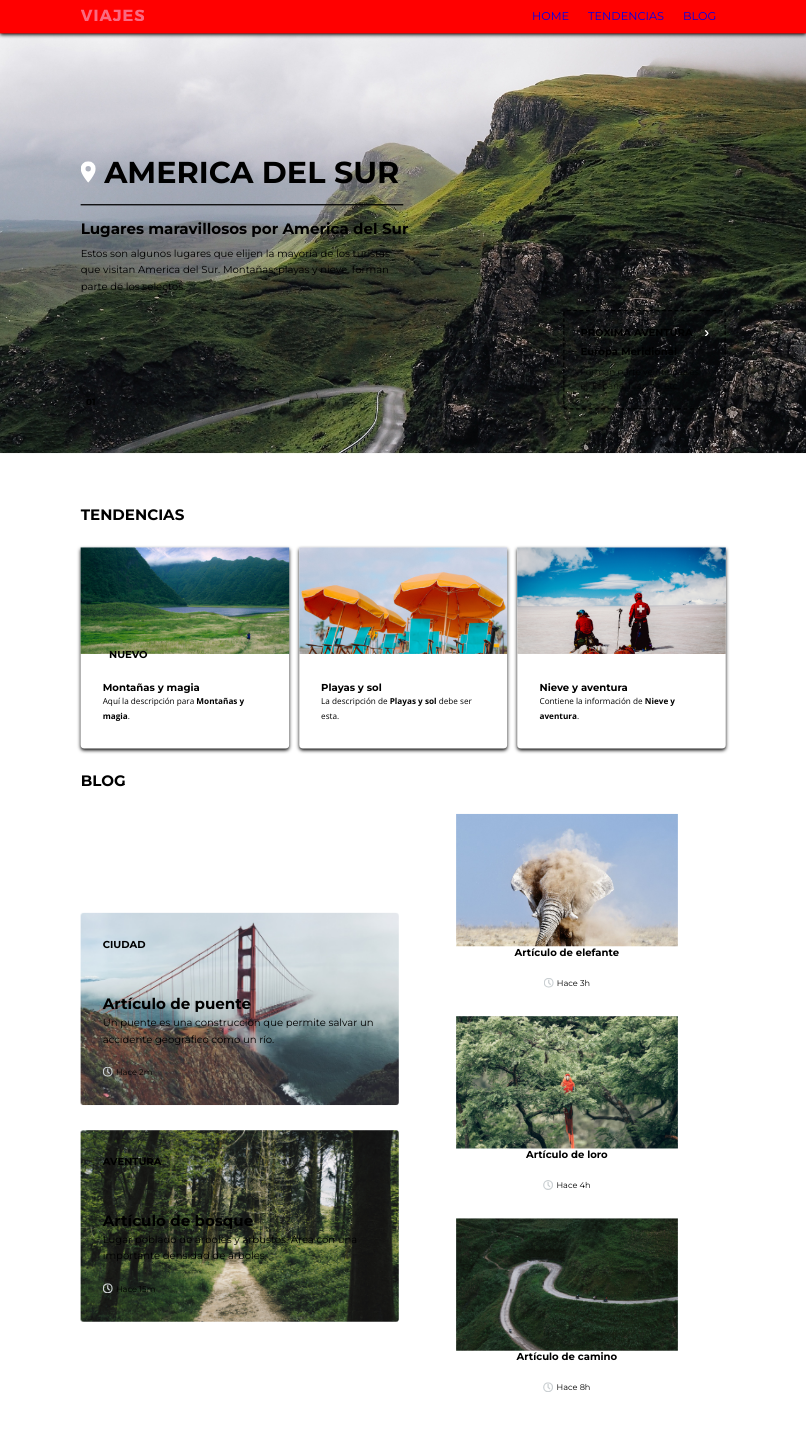
Repository: agustin-mesa/viajes
Page: /
An editor plug-in stored every save of this project. The page is shown before and after the next save, followed by the edit.
The browser window is 1280 px wide. The pictures show the whole page, at 63% of full size.
The project was rebuilt for these pictures with package versions that can differ from the ones it lists, and the page was loaded fresh each time. Also part of the build but not shown: src/components/styles/colors.module.scss.

Above is the page before, as saved 2021-11-12 00:58:28.

### public/index.html
<!DOCTYPE html>
<html lang="es">
  <head>
    <meta name="author" content="Mauro Agustín Mesa" />
    <meta charset="utf-8" />
    <meta name="viewport" content="width=device-width, initial-scale=1" />
    <meta name="theme-color" content="#000000" />
    <meta
      name="description"
      content="Web site created using create-react-app"
    />
    <title>React App</title>
  </head>
  <body>
    <noscript>You need to enable JavaScript to run this app.</noscript>
    <div id="root"></div>
  </body>
</html>

### src/index.js
import React from "react";
import ReactDOM from "react-dom";
import App from "./App";
import "./index.css";

const Index = () => {
  return <App />;
};

ReactDOM.render(<Index />, document.getElementById("root"));

### src/App.js
import React from "react";
import Header from "./components/Header";
import Home from "./pages/Home";
import Tendencias from "./pages/Tendencias";
import Blog from "./pages/Blog";

const App = () => {
  return (
    <>
      <Header />
      <Home />
      <Tendencias />
      <Blog />
    </>
  );
};

export default App;

### src/index.css
@import url("https://fonts.googleapis.com/css2?family=Montserrat:wght@100;200;300;400;500;600;700&display=swap");
@import url("https://fonts.googleapis.com/css2?family=Montserrat:wght@100;200;300;400;500;600;700&family=Open+Sans:wght@400;500;600;700&display=swap");

* {
  margin: 0;
  padding: 0;
  list-style: none;
  text-decoration: none;
  border: none;
  outline: none;
  scroll-behavior: smooth;
}

body {
  margin: 0;
  -webkit-font-smoothing: antialiased;
  -moz-osx-font-smoothing: grayscale;
  font-family: "Montserrat", "Open Sans", sans-serif;
}

code {
  font-family: source-code-pro, Menlo, Monaco, Consolas, "Courier New",
    monospace;
}

### src/components/Header.js
import React from "react";
import styled from "styled-components";

// Colors
import * as colors from "./styles/colors.module.scss";

// LOGO
import logo from "../Assets/logo/logo_01.svg";

const Header = () => {
  return (
    <ContainerHeader>
      <nav>
        <div className="header__logo">
          <a href="#home">
            <img src={logo} alt="Viajes" />
          </a>
        </div>
        <ul>
          <li>
            <a href="#home">HOME</a>
          </li>
          <li>
            <a href="#tendencias">TENDENCIAS</a>
          </li>
          <li>
            <a href="#blog">BLOG</a>
          </li>
        </ul>
      </nav>
    </ContainerHeader>
  );
};

const ContainerHeader = styled.header`
  position: fixed;
  top: 0;
  left: 0;
  right: 0;
  z-index: 999;
  background: red;
  background: ${colors.white};
  box-shadow: 0px 3px 6px ${colors.blackOpac};
  nav {
    display: flex;
    flex-direction: row;
    justify-content: space-between;
    align-items: center;
    padding: 15px 10%;
    ul {
      display: flex;
      flex-direction: row;
      justify-content: flex-end;
      align-items: center;
      width: 100%;
      li a {
        padding: 15px 15px;
        font: normal normal normal 18px/13px Montserrat;
        color: ${colors.blueRelax};
        transition: all 0.2s ease;
      }
      li a:hover {
        color: ${colors.darkblue};
      }
    }
  }
`;

export default Header;

### src/pages/Home.js
import React from "react";
import styled from "styled-components";

import * as colors from "../components/styles/colors.module.scss";

// IMG
import viajesHero from "../Assets/img/Viajes_Hero.jpg";
import icPin from "../Assets/iconos/ic_pin.svg";
import icArrow from "../Assets/iconos/arrow.svg";

// Importo etiquetas default con estilos propios
import { Parrafo, Span, H3, H5 } from "../components/styles/stylesDefault";

const Home = () => {
  return (
    <ContainerHome id="home">
      <HeroWrapper>
        <div className="hero__title">
          <h1>
            <img src={icPin} alt="Pin" /> AMERICA DEL SUR
          </h1>
          <hr />
          <H3 color="white">Lugares maravillosos por America del Sur</H3>
          <Parrafo>
            Estos son algunos lugares que elijen la mayoría de los turistas que
            visitan America del Sur. Montañas, playas y nieve, forman parte de
            los selectos.
          </Parrafo>
        </div>
        <div className="hero__info">
          <H5>
            PRÓXIMA AVENTURA <img src={icArrow} alt="Arrow" />
          </H5>
          <Span color="white">Europa Meridional</Span>
          <p>
            Forman parte veinte países. <br />
            ej. España, Francia, etc.
          </p>
        </div>
      </HeroWrapper>
      <div className="slider">
        <span>01</span>
      </div>
    </ContainerHome>
  );
};

const ContainerHome = styled.div`
  width: 100%;
  height: 100vh;
  background-image: url(${viajesHero});
  background-size: cover;
  background-position: center;

  .slider {
    position: absolute;
    width: 13%;
    bottom: 60px;
    display: flex;
    align-items: center;
    justify-content: flex-end;
    z-index: 1;
    span {
      display: flex;
      align-items: center;
      justify-content: center;
      width: 45px;
      height: 45px;
      background: ${colors.white};
      border-radius: 50px;
      font: normal normal bold 14px/22px Montserrat;
    }
    span::after {
      content: "";
      position: absolute;
      width: 70px;
      height: 70px;
      background: ${colors.whiteOpac};
      border-radius: 50px;
      z-index: -2;
    }
    span::before {
      content: "";
      position: absolute;
      left: 0;
      width: 100%;
      height: 5px;
      background: ${colors.pink};
      z-index: -1;
    }
  }
`;

const HeroWrapper = styled.div`
  position: absolute;
  top: 0;
  bottom: 0;
  left: 10%;
  right: 10%;
  display: flex;
  align-items: center;
  .hero__title {
    display: flex;
    align-items: flex-start;
    justify-content: center;
    flex-direction: column;
    color: ${colors.white};

    h1 {
      font: normal normal bold 48px/42px Montserrat;
    }
    hr {
      width: 50%;
      border-bottom: 2px solid ${colors.white};
      margin: 30px 0 20px;
    }
  }

  .hero__info {
    position: absolute;
    right: 0;
    bottom: 70px;
    background: ${colors.darkblueOpac} 0% 0% no-repeat padding-box;
    border: 2px dashed ${colors.whiteOpac};
    border-radius: 6px;
    padding: 25px;

    p {
      font: normal normal 300 14px/22px Montserrat;
      color: ${colors.white};
      margin: 10px 0 0;
    }
  }
`;

export default Home;

### src/pages/Tendencias.js
import React from "react";
import styled from "styled-components";

// Colors
import * as colors from "../components/styles/colors.module.scss";

// IMG
import card01 from "../Assets/img/card_01.png";
import card02 from "../Assets/img/card_02.png";
import card03 from "../Assets/img/card_03.png";

// Importo etiquetas default con estilos propios
import { H3 } from "../components/styles/stylesDefault";

// Components
import TendenciaItem from "../components/TendenciaItem";

const Tendencias = () => {
  // Simulo una base de datos para luego imprimir cada CARD.
  // Aunque también se podría hacer manualmente usando el componente
  // TendenciaItem y usar sus props, pero la manera más eficiente es el de
  // simular una base de datos; tranquilamente se muestra cada CARD con tan solo
  // agregar un objeto más dentro del array.
  const tendencias = [
    {
      src: card01,
      isNew: true,
      titulo: "Montañas y magia",
      descripcion: (
        <>
          Aquí la descripción para <b>Montañas y magia</b>.
        </>
      ),
    },
    {
      src: card02,
      isNew: false,
      titulo: "Playas y sol",
      descripcion: (
        <>
          La descripción de <b>Playas y sol</b> debe ser esta.
        </>
      ),
    },
    {
      src: card03,
      isNew: false,
      titulo: "Nieve y aventura",
      descripcion: (
        <>
          Contiene la información de <b>Nieve y aventura</b>.
        </>
      ),
    },
  ];

  return (
    <ContainerTendencias id="tendencias">
      <div className="tendencias">
        <div className="tendencias__header">
          <H3 color="darkblue">TENDENCIAS</H3>
        </div>
        <div className="tendencias__body">
          {tendencias.map((tendencia, i) => {
            return (
              <TendenciaItem
                src={tendencia.src}
                nuevo={tendencia.isNew}
                titulo={tendencia.titulo}
                descripcion={tendencia.descripcion}
                key={i}
              />
            );
          })}
        </div>
      </div>
    </ContainerTendencias>
  );
};

const ContainerTendencias = styled.section`
  height: 90vh;
  padding: 80px 10% 0;
  background: ${colors.grey};

  .tendencias__body {
    display: flex;
    align-items: center;
    margin: 35px 0 0;

    div:last-child {
      margin: 0;
    }
  }
  .tendencias__header {
    width: 100%;
  }
`;

export default Tendencias;

### src/pages/Blog.js
import React from "react";
import styled from "styled-components";

// Colors
import * as colors from "../components/styles/colors.module.scss";

// IMG
import artBig01 from "../Assets/img/articulo_big_01.png";
import artBig02 from "../Assets/img/articulo_big_02.png";
import artSmall01 from "../Assets/img/articulo_small_01.png";
import artSmall02 from "../Assets/img/articulo_small_02.png";
import artSmall03 from "../Assets/img/articulo_small_03.png";

// Importo etiquetas default con estilos propios
import { H3 } from "../components/styles/stylesDefault";

// Components
import BigNewItem from "../components/BigNewItem";
import SmallNewItem from "../components/SmallNewItem";

const Blog = () => {
  const articulosBig = [
    {
      src: artBig01,
      tipo: "CIUDAD",
      titulo: "Artículo de puente",
      descripcion:
        "Un puente es una construcción que permite salvar un accidente geográfico como un río.",
      time: "2m",
    },
    {
      src: artBig02,
      tipo: "AVENTURA",
      titulo: "Artículo de bosque",
      descripcion:
        "Lugar poblado de árboles y arbustos. Área con una importante densidad de árboles.",
      time: "15m",
    },
  ];

  const articulosSmall = [
    {
      src: artSmall01,
      titulo: "Artículo de elefante",
      time: "3h",
    },
    {
      src: artSmall02,
      titulo: "Artículo de loro",
      time: "4h",
    },
    {
      src: artSmall03,
      titulo: "Artículo de camino",
      time: "8h",
    },
  ];

  return (
    <ContainerBlog>
      <div className="blog" id="blog">
        <div className="blog__header">
          <H3 color="darkblue">BLOG</H3>
        </div>
        <div className="blog__body">
          <article className="blog__article">
            {articulosBig.map((articulo) => {
              return (
                <BigNewItem
                  src={articulo.src}
                  alt={articulo.tipo}
                  tipo={articulo.tipo}
                  titulo={articulo.titulo}
                  descripcion={articulo.descripcion}
                  time={articulo.time}
                />
              );
            })}
          </article>
          <aside className="blog__aside">
            {articulosSmall.map((articulo) => {
              return (
                <SmallNewItem
                  src={articulo.src}
                  titulo={articulo.titulo}
                  time={articulo.time}
                />
              );
            })}
          </aside>
        </div>
      </div>
    </ContainerBlog>
  );
};

const ContainerBlog = styled.section`
  position: relative;
  height: 95vh;
  padding: 80px 10% 0;
  background: ${colors.white};

  .blog {
    position: absolute;
    top: -300px;
    left: 10%;
    right: 10%;
    display: flex;
    align-items: center;
    justify-content: flex-start;
    flex-direction: column;
    padding: 75px 0 50px;
  }
  .blog__body {
    display: flex;
    align-items: initial;
    flex-direction: row;
    margin: 35px 0 0;
    width: 100%;
  }
  .blog__header {
    width: 100%;
  }
  .blog__article {
    display: flex;
    align-items: center;
    justify-content: center;
    flex-direction: column;
    width: 100%;
    div:first-child {
      margin: 0 0 40px;
    }
  }
  .blog__aside {
    display: flex;
    align-items: center;
    justify-content: space-between;
    flex-direction: column;
    width: 100%;
    margin: 0 0 0 15px;
  }
`;

export default Blog;

### src/components/styles/stylesDefault.js
import styled from "styled-components";

// Colors
import * as colors from "./colors.module.scss";

const Parrafo = styled.p`
  margin: 10px 0 0;
  font: normal normal normal 16px/26px Montserrat;
  width: 50%;
  color: ${colors.white};
`;

const H3 = styled.h3`
  font: normal normal bold 24px/34px Montserrat;
  color: ${(props) => {
    if (props.color === "white") return colors.white;
    if (props.color === "darkblue") return colors.darkblue;
  }};
`;

const H5 = styled.h5`
  font: normal normal bold 16px/20px Montserrat;
  color: ${colors.pink};
  margin: 0 0 10px;
  img {
    margin: 0 0 0 15px;
  }
`;

const Span = styled.span`
  font: normal normal bold 16px/20px Montserrat;
  color: ${(props) => {
    if (props.color === "white") return colors.white;
    if (props.color === "darkblue") return colors.darkblue;
  }};
`;

export { Parrafo, Span, H3, H5 };

### src/components/TendenciaItem.js
import React from "react";
import styled from "styled-components";

// Colors
import * as colors from "./styles/colors.module.scss";

import { Span } from "./styles/stylesDefault";

const TendenciaItem = ({ src, nuevo, titulo, descripcion }) => {
  return (
    <TenItem>
      <div className="tendencia-item__img">
        <img src={src} alt={titulo} />
      </div>
      <div className="tendencia-item__new">{nuevo && <span>NUEVO</span>}</div>
      <div className="tendencia-item__descrip">
        <Span color="darkblue">{titulo}</Span>
        <p>{descripcion}</p>
      </div>
    </TenItem>
  );
};

const TenItem = styled.div`
  background: ${colors.white} 0% 0% no-repeat padding-box;
  box-shadow: 0px 3px 6px ${colors.blackOpac};
  border-radius: 0 0 6px 6px;
  margin: 0 16px 0 0;
  width: 100%;

  .tendencia-item__img img {
    width: 100%;
  }
  .tendencia-item__new {
    width: 100%;
    position: relative;
    span {
      position: absolute;
      top: -20px;
      left: 35px;
      background: ${colors.pink};
      border-radius: 6px;
      padding: 10px;
      font: normal normal bold 16px/13px Montserrat;
      color: ${colors.white};
    }
  }
  .tendencia-item__descrip {
    padding: 40px 35px;
    p {
      font: normal normal normal 13px/23px Open Sans;
      color: ${colors.greyBlue};
    }
  }
`;

export default TendenciaItem;

### src/components/BigNewItem.js
import React from "react";
import styled from "styled-components";

// Importo etiquetas default con estilos propios
import { Span, H3, Parrafo } from "../components/styles/stylesDefault";
import Time from "./Time";

const BigNewItem = ({ src, alt, tipo, titulo, descripcion, time }) => {
  return (
    <NewItemBig>
      <img className="img__bg" src={src} alt={alt} />
      <div className="newItem__info">
        <div className="info__header">
          <Span color="white">{tipo}</Span>
        </div>
        <div className="info__body">
          <H3 color="white">{titulo}</H3>
          <Parrafo>{descripcion}</Parrafo>
          <Time time={time} />
        </div>
      </div>
    </NewItemBig>
  );
};

const NewItemBig = styled.div`
  position: relative;
  border-radius: 6px;
  .img__bg {
    width: 100%;
    height: 100%;
  }
  .newItem__info {
    position: absolute;
    top: 40px;
    left: 35px;
    right: 35px;
    bottom: 40px;
    display: flex;
    flex-direction: column;
    justify-content: space-between;
  }
  .info__body p {
    width: 100%;
    margin: 0;
  }
`;

export default BigNewItem;

### src/components/SmallNewItem.js
import React from "react";
import styled from "styled-components";

// Colors
import * as colors from "../components/styles/colors.module.scss";

// Importo etiquetas default con estilos propios
import { Span } from "../components/styles/stylesDefault";

// Components
import Time from "./Time";

const SmallNewItem = ({ src, titulo, time }) => {
  return (
    <NewItemSmall>
      <img src={src} alt={titulo} />
      <Span color="darkblue">{titulo}</Span>
      <Time time={time} />
    </NewItemSmall>
  );
};

const NewItemSmall = styled.div`
  display: flex;
  align-items: center;
  justify-content: flex-start;
  flex-direction: column;
  margin: 0 0 40px;
`;

export default SmallNewItem;

### src/components/Time.js
import React from "react";
import styled from "styled-components";

// Colors
import * as colors from "./styles/colors.module.scss";

// IMG
import icTime from "../Assets/iconos/time.svg";

const Time = ({ time }) => {
  return (
    <Timer>
      <img src={icTime} alt="Time" /> Hace {time}
    </Timer>
  );
};

const Timer = styled.span`
  display: flex;
  align-items: center;
  font: normal normal normal 13px/26px Montserrat;
  color: ${colors.blueRelax};
  margin: 25px 0 0;
  img {
    margin: 0 5px 0 0;
  }
`;
export default Time;

After the next save:
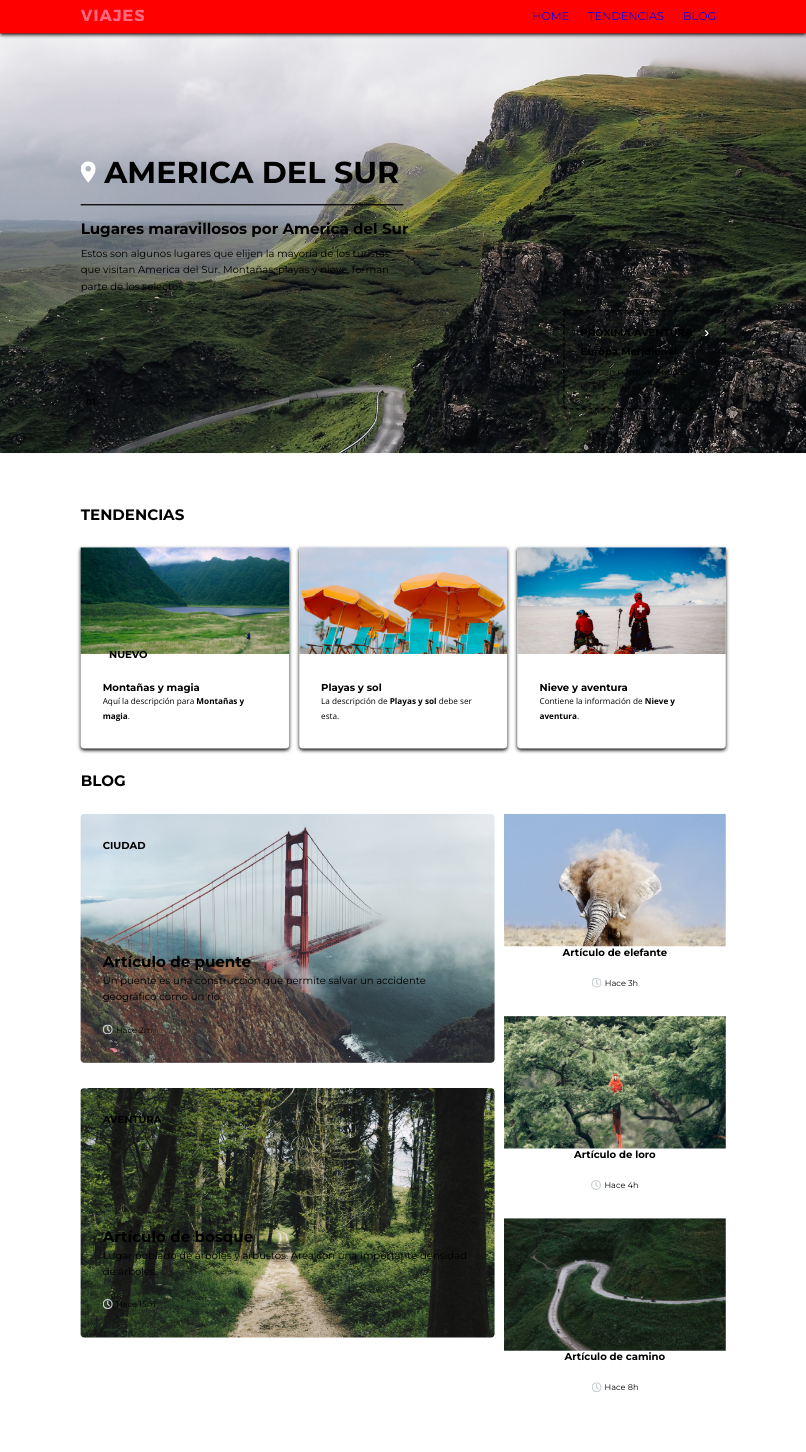
Saved 2 min 23 s later.
--- a/src/pages/Blog.js
+++ b/src/pages/Blog.js
@@ -124,7 +124,7 @@ const ContainerBlog = styled.section`
   .blog__article {
     display: flex;
     align-items: center;
-    justify-content: center;
+    justify-content: flex-start;
     flex-direction: column;
     width: 100%;
     div:first-child {
@@ -136,7 +136,7 @@ const ContainerBlog = styled.section`
     align-items: center;
     justify-content: space-between;
     flex-direction: column;
-    width: 100%;
+    width: 40%;
     margin: 0 0 0 15px;
   }
 `;
